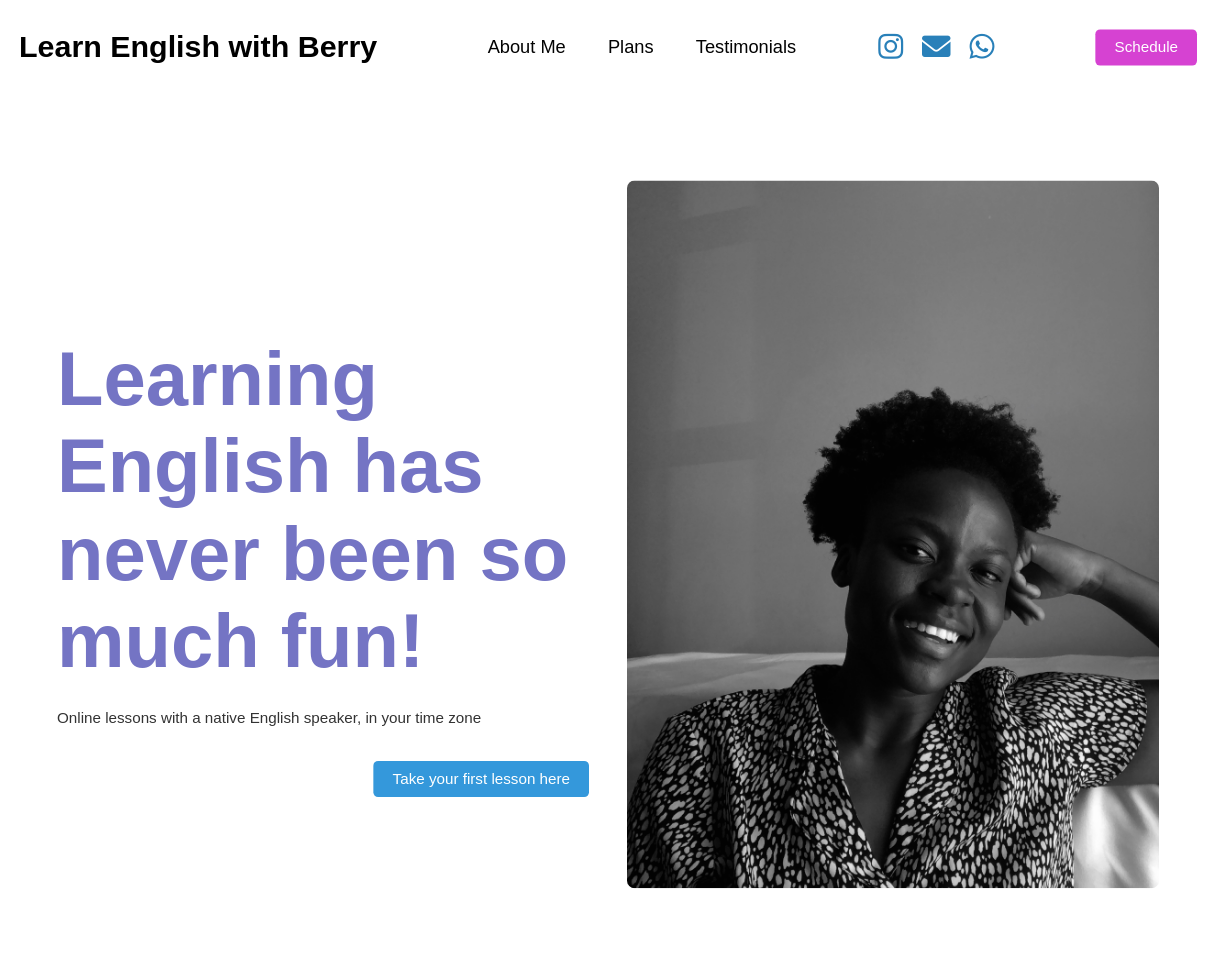
Repository: ntandomagana/esl-landing-page
Page: index.html
The author's editor kept a copy of each file at every save. The page is drawn from the files as they stood at one save, then again after the next save.
The browser window is 1280 px wide. The pictures show the whole page, at 95% of full size.

Above is the page before, as saved 2024-07-17 12:54:56.

### index.html
<!DOCTYPE html>
<html lang="en">
<head>
    <meta charset="UTF-8">
    <meta name="viewport" content="width=device-width, initial-scale=1.0">
    <link rel="stylesheet" href="https://cdnjs.cloudflare.com/ajax/libs/font-awesome/6.0.0-beta3/css/all.min.css">

    <title>Berry's English</title>
    <link rel="stylesheet" href="index.css">
</head>
<body>
    <!-- Header Section -->
    <header>
        <div class="header-container">
            <div class="logo"><h1>Learn English with Berry</h1>
            </div>
            <nav>
                <ul>
                    <li><a href="#about">About Me</a></li>
                    <li><a href="#services">Plans</a></li>
                    <li><a href="#testimonials">Testimonials</a></li>

                </ul>
            </nav>
            <div class="social-links">
                <a href="#" class="social-link"><i class="fab fa-instagram"></i></a>
                <a href="mailto:berry@example.com" class="social-link"><i class="fas fa-envelope"></i></a>
                <a href="https://wa.me/1234567890" class="social-link"><i class="fab fa-whatsapp"></i></a>
            </div>
            <a href="#contact" class="schedule-button">Schedule</a>
        </div>
    </header>

    <!-- Left and right division -->
     <section class="content-section">
        <div class="content-wrapper">
            <div class="left-content">
                <h2>Learning English has <br />
                    never been so much fun!</h2>
                <p>Online lessons with a native English speaker, in your time zone</p>
                <a href="#contact" class="action-button">Take your first lesson here</a>
            </div>

            <div class="right-content">
                <img src="./assets/bwpp.jpg" alt="Teacher Berry's Image">

            </div>
        </div>

     </section>
    </footer>
</body>
</html>

### index.css
/* styles.css */

body {
    font-family: Arial, Helvetica, sans-serif;
    margin: 0;
    padding: 0;
}

.header-container {
    display: flex;
    justify-content: space-between;
    align-items: center;
    padding: 10px 20px;
    background-color: white;

}

.logo img {
    height: 120px;
    opacity: 0.7;
    width: auto;
}

nav {
    margin-left: 20px; /* Add margin to the left of the entire nav element */
}

nav ul {
    list-style-type: none;
    padding: 0;
    margin: 0;
}

nav ul li {
    display: inline;
    margin: 20px; /* Adjust margin to add space between list items */
}

nav ul li:last-child {
    margin-right: 0;
}

nav ul li a {
    color: rgb(2, 2, 2);
    text-decoration: none;
    font-size: 1.2rem;
}

nav ul li a:hover {
    color: #d642d2;
    font-weight: bold;
}

.social-links {
    display: flex;
    align-items: center;
    margin-right: 20px;
}

.social-link {
    margin: 0 10px;
    display: inline-block;
    color: black;
    font-size: 30px;
}

.social-link i {
    color:#2980b9;
}

.social-link:hover i {
    color: #d642d2;
}

.schedule-button {
    padding: 10px 20px;
    background-color: #d642d2;
    color: #fff;
    text-decoration: none;
    border-radius: 5px;
    transition: background-color 0.3s ease;
}

.schedule-button:hover {
    background-color: #489fbc;
}

.content-section {
    padding: 50px 0;
    text-align: center;
}

.content-wrapper {
    display: flex;
    justify-content: space-around;
    align-items: stretch;
    max-width: 1200px;
    margin: 20px auto;
}

.left-content {
    flex: 1;
    padding: 20px;
    text-align: left;
    display: flex;
    flex-direction: column;
    justify-content: center;
    align-items: flex-end;
}


.left-content h2 {
    font-size: 5rem;
    align-items: flex-end;
    color: rgb(116, 116, 196);
    margin-bottom: 10px;
    width: 100%;
}

.left-content p {
    font-size: 1rem;
    color: #333;
    width: 100%;
}

.right-content {
    flex: 1;
    padding: 20px;
    text-align: center;
    display: flex;
    justify-content: center;
    align-items: center;
}

.right-content img {
    max-width: 100%;
    height: auto;
    max-height: 800px; /* Example maximum height, adjust as needed */
    border-radius: 8px;
    /* Optional: Adds a subtle shadow */
}

.action-button {
    display: inline-block;
    padding: 10px 20px;
    background-color: #3498db;
    color: #fff;
    text-decoration: none;
    border-radius: 5px;
    transition: background-color 0.3s ease;
    margin-top: 20px; /* Add space above the button */
    position: relative;
     z-index: 1;
}

.action-button:hover {
    background-color: #2980b9;
}

After the next save:
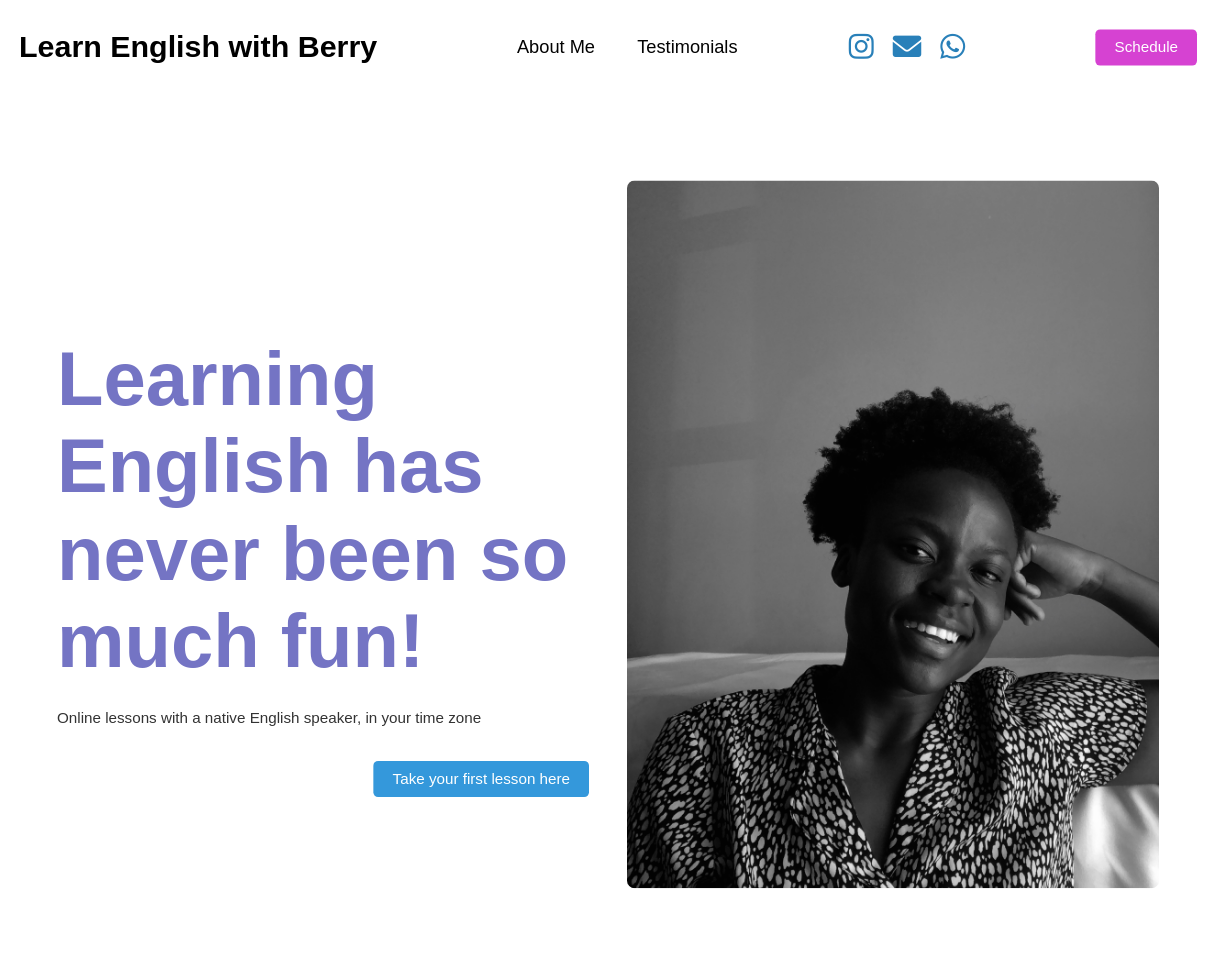
Saved 4 min 53 s later.
--- a/index.html
+++ b/index.html
@@ -17,7 +17,6 @@
             <nav>
                 <ul>
                     <li><a href="#about">About Me</a></li>
-                    <li><a href="#services">Plans</a></li>
                     <li><a href="#testimonials">Testimonials</a></li>
 
                 </ul>
